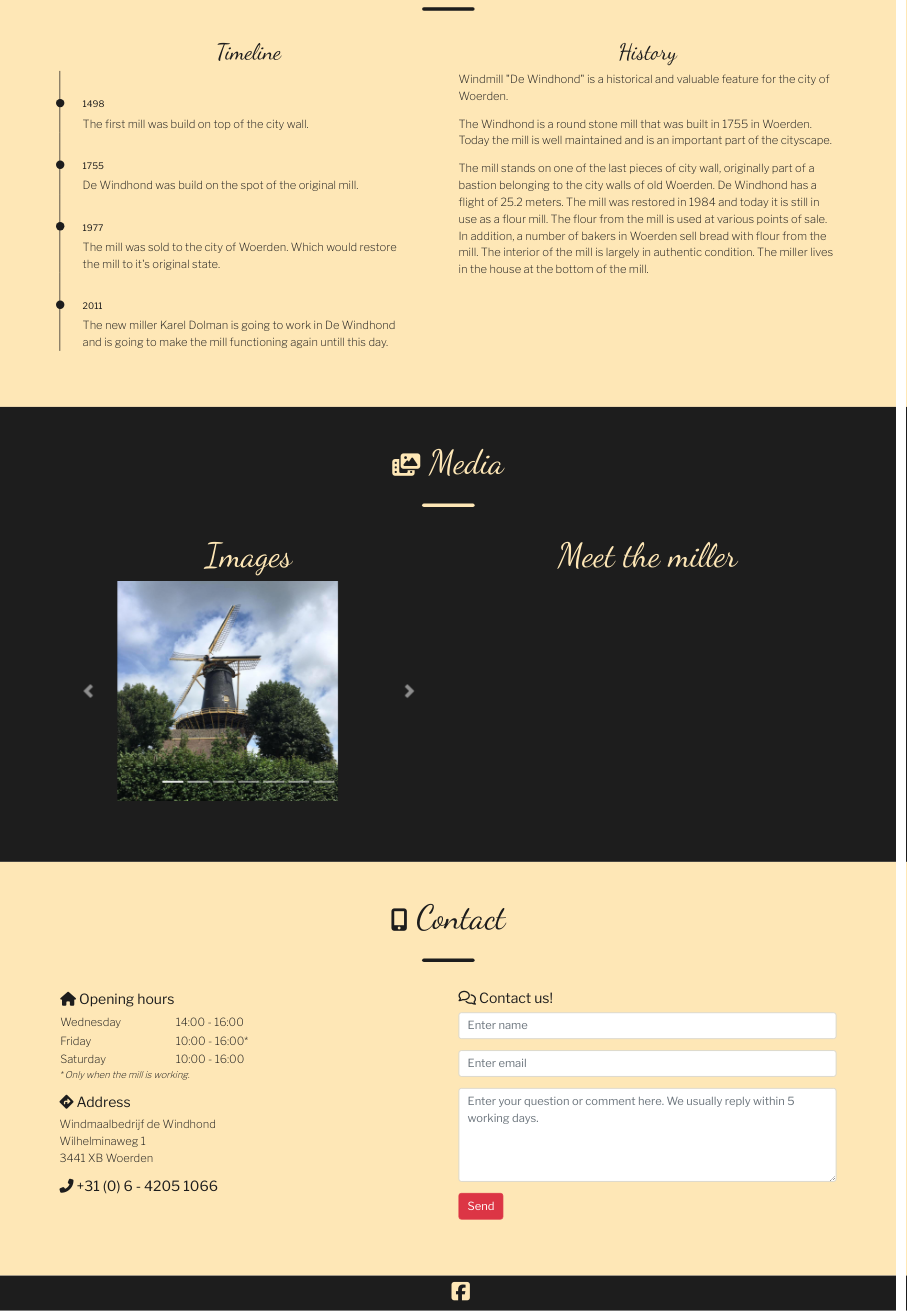
Repository: jdl208/DeWindhond
Page: index.html
The author's editor kept a record of every edit. The page is drawn from the files as they stood at one moment, then again after the next edit.
The browser window is 1280 px wide. The page is 1295 px wide, so the pictures cover 1295 px, including what lies to the right of the window. The pictures show the part of the page from y = 775 to 2655 px (the page is 2655 px tall), at 70% of full size.
Pictures or frames that could not be fetched are drawn as grey boxes. Some web libraries are served in a nearby version.

Above is the page before.

After the next edit:
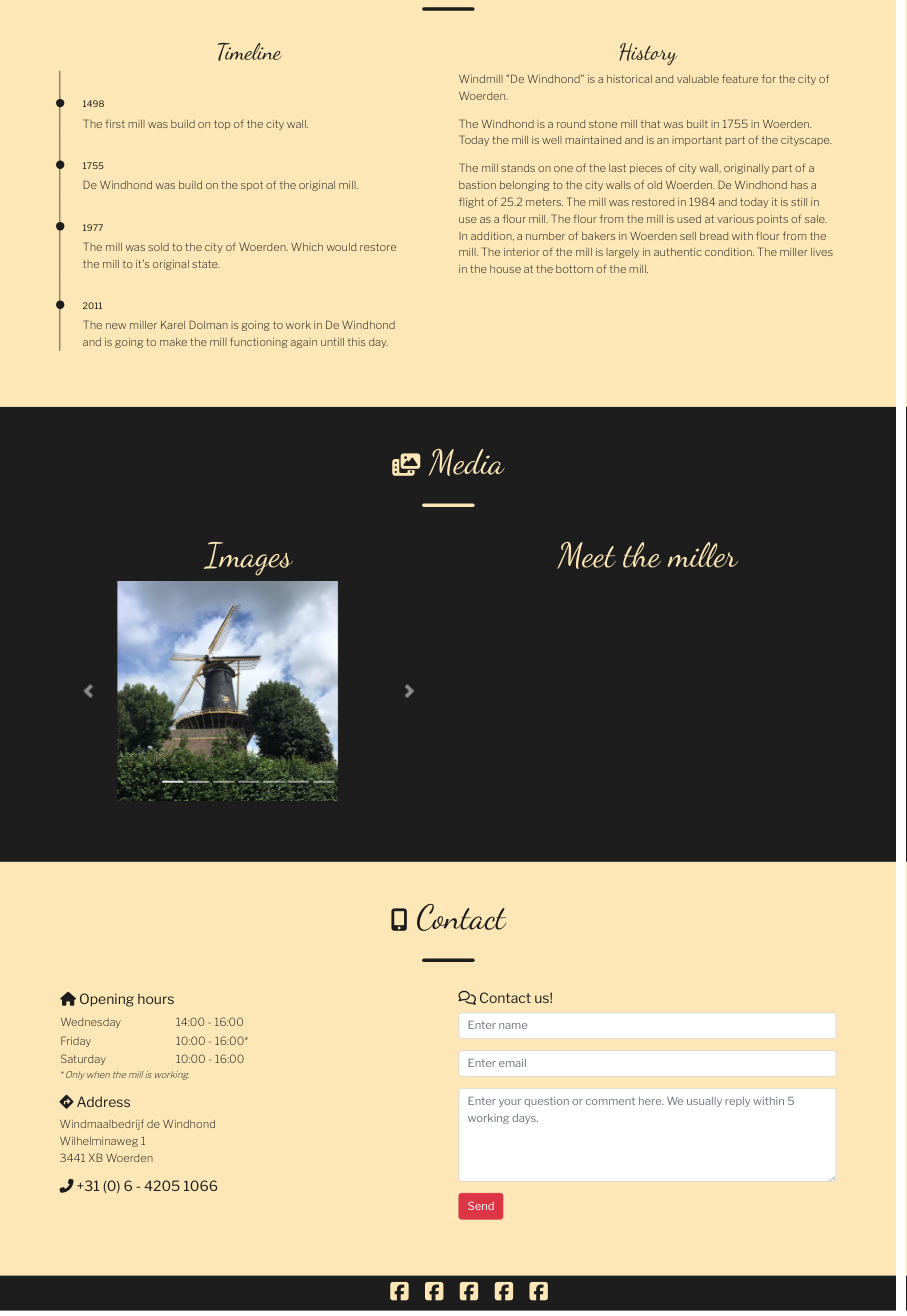
The edit:
--- a/index.html
+++ b/index.html
@@ -203,7 +203,10 @@
             <div class="col-12">
                 <ul class="footerlist">
                     <li class="list-item-footer"><a class="light-link" href="https://www.facebook.com/windmaalbedrijfdewindhond?pnref=story"><i class="fab fa-facebook-square"></i></a></li>
-                    <li class="list-item-footer"></li>
+                    <li class="list-item-footer"><a class="light-link" href="https://www.facebook.com/windmaalbedrijfdewindhond?pnref=story"><i class="fab fa-facebook-square"></i></a></li>
+                    <li class="list-item-footer"><a class="light-link" href="https://www.facebook.com/windmaalbedrijfdewindhond?pnref=story"><i class="fab fa-facebook-square"></i></a></li>
+                    <li class="list-item-footer"><a class="light-link" href="https://www.facebook.com/windmaalbedrijfdewindhond?pnref=story"><i class="fab fa-facebook-square"></i></a></li>
+                    <li class="list-item-footer"><a class="light-link" href="https://www.facebook.com/windmaalbedrijfdewindhond?pnref=story"><i class="fab fa-facebook-square"></i></a></li>
                 </ul>
             </div>
         </div>
